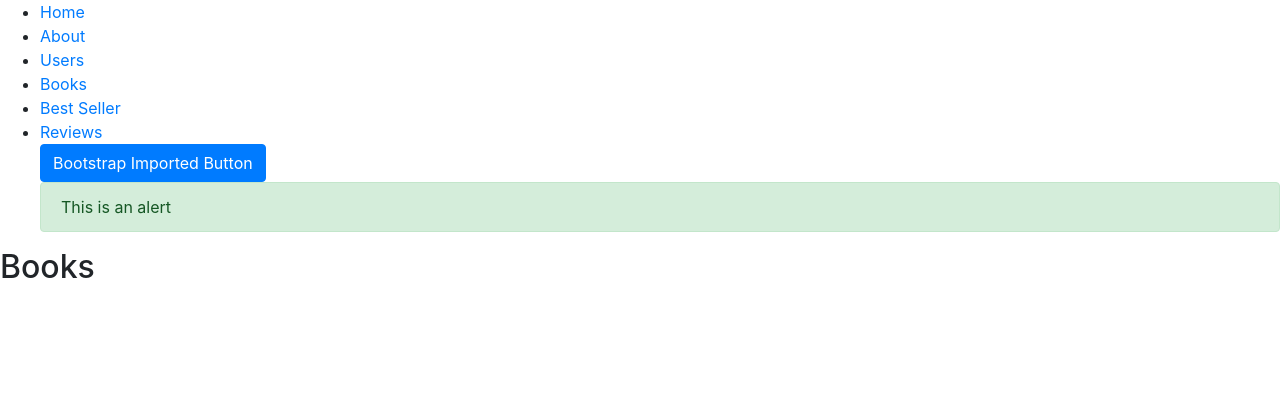
Repository: ebo-arcadia/enjoyou
Page: /books
An editor plug-in stored every save of this project. The page is shown before and after the next save, followed by the edit.
The browser window is 1280 px wide. The pictures show the whole page.
The project was rebuilt for these pictures with package versions that can differ from the ones it lists, and the page was loaded fresh each time. Also part of the build but not shown: src/App.css.

Above is the page before, as saved 2021-04-19 14:47:56.

### src/App.js
import React from "react";
import './App.css';
import 'bootstrap/dist/css/bootstrap.min.css';
import { Button, Alert, Breadcrumb } from 'react-bootstrap';
import { BrowserRouter as Router, Switch, Route, Link } from "react-router-dom";

export default function App() {
  return (
    <Router>
      <div>
        <nav>
          <ul>
            <li> <Link to="/">Home</Link> </li>
            <li> <Link to="/about">About</Link> </li>
            <li> <Link to="/users">Users</Link> </li>
            <li> <Link to="/books">Books</Link> </li>
            <li> <Link to="/bestseller">Best Seller</Link> </li>
            <li> <Link to="/reviews">Reviews</Link> </li>
            <Button>Bootstrap Imported Button</Button>
            <Alert variant="success">This is an alert</Alert>
          </ul>
        </nav>

        {/* A <Switch> looks through its children <Route>s and
            renders the first one that matches the current URL. */}
        <Switch>
          <Route path="/bestseller"><Bestseller /></Route>
          <Route path="/reviews"><Reviews /></Route>
          <Route path="/books"><Books /></Route>
          <Route path="/about"><About /></Route>
          <Route path="/users"><Users /></Route>
          <Route path="/"><Home /></Route>
        </Switch>
      </div>
    </Router>

  );
}

function Home()        { return <h2>Home</h2> }
function About()       { return <h2>About</h2> }
function Users()       { return <h2>Users</h2> }
function Books()       { return <h2>Books</h2> }
function Bestseller()  { return <h2>Best Seller</h2> }
function Reviews()     { return <h2>Reviews</h2> }

Loaded but not shown: public/index.html (common file); src/index.js (common file); src/index.css (common file); src/reportWebVitals.js (common file)

After the next save:
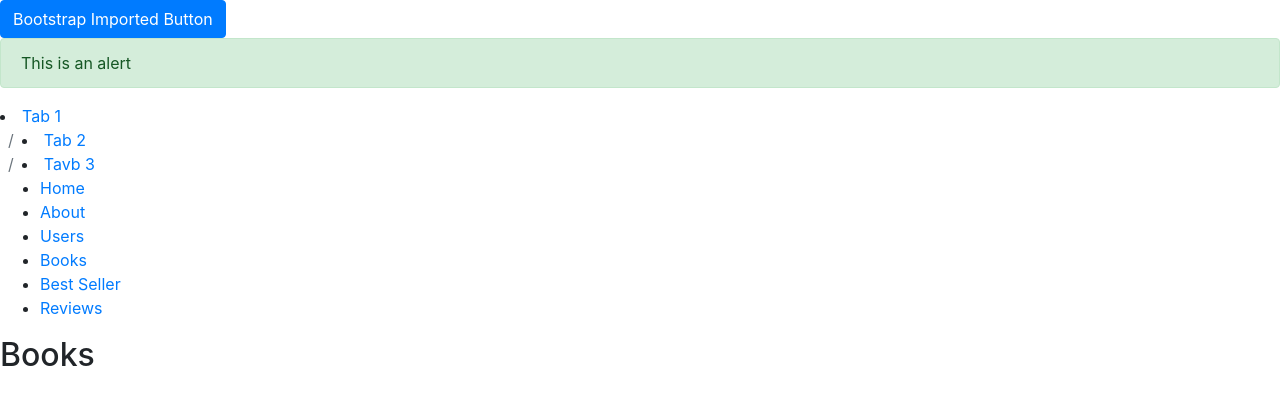
Saved 3 min 7 s later.
--- a/src/App.js
+++ b/src/App.js
@@ -6,6 +6,14 @@ import { BrowserRouter as Router, Switch, Route, Link } from "react-router-dom";
 
 export default function App() {
   return (
+    <div>
+      <header>
+          <Button>Bootstrap Imported Button</Button>
+          <Alert variant="success">This is an alert</Alert>
+          <Breadcrumb.Item>Tab 1</Breadcrumb.Item>
+          <Breadcrumb.Item>Tab 2</Breadcrumb.Item>
+          <Breadcrumb.Item>Tavb 3</Breadcrumb.Item>
+      </header>
     <Router>
       <div>
         <nav>
@@ -16,8 +24,6 @@ export default function App() {
             <li> <Link to="/books">Books</Link> </li>
             <li> <Link to="/bestseller">Best Seller</Link> </li>
             <li> <Link to="/reviews">Reviews</Link> </li>
-            <Button>Bootstrap Imported Button</Button>
-            <Alert variant="success">This is an alert</Alert>
           </ul>
         </nav>
 
@@ -33,7 +39,7 @@ export default function App() {
         </Switch>
       </div>
     </Router>
-
+    </div>
   );
 }
 
